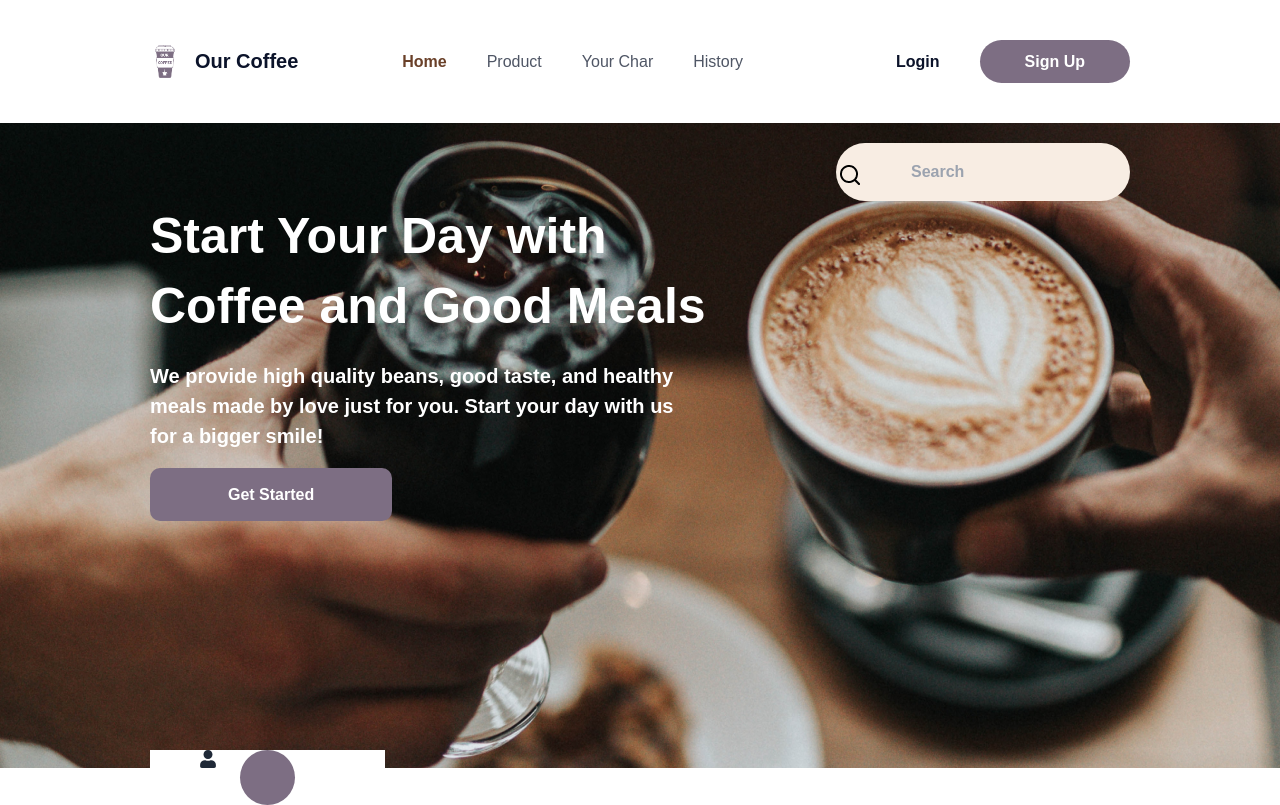
Repository: boykebn/fw12-collab2-FRONTEND
Page: / (app in our/)
These files come from the project's save history. The page is drawn as it stood at one moment and after the next save; the edit follows.
The browser window is 1280 px wide. The pictures show the whole page.
The project was rebuilt for these pictures with package versions that can differ from the ones it lists, and the page was loaded fresh each time. The framework's server and built-in components were replaced by stand-ins that run in the browser. Also part of the build but not shown: our/next.config.js.

Above is the page before, as saved 2022-12-30 21:58:21.

After the next save:
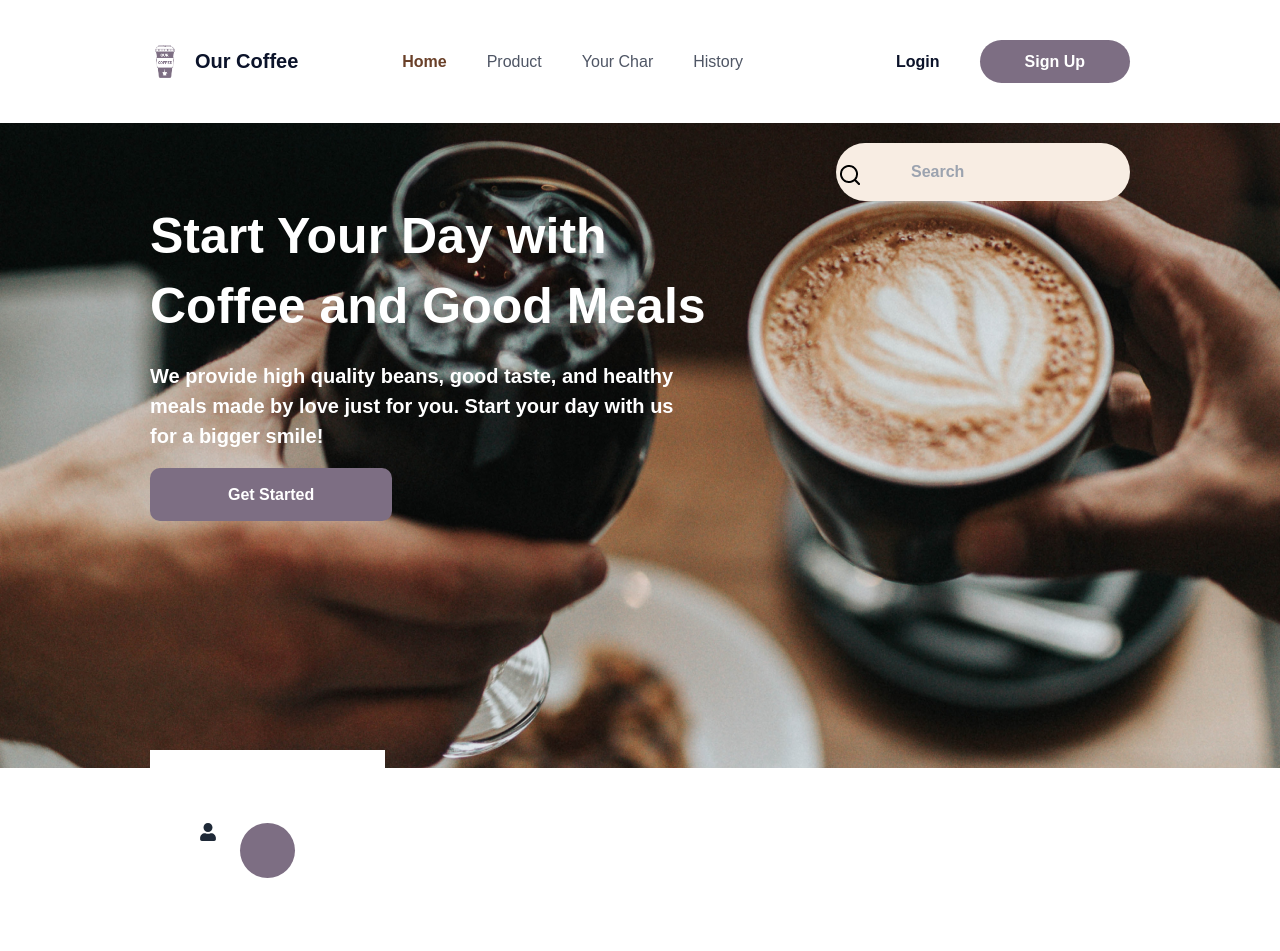
Saved 19 s later.
--- a/our/pages/index.js
+++ b/our/pages/index.js
@@ -43,7 +43,7 @@ export default function Home() {
           </div>
         </div>
       </div>
-      <div className="px-[90px] border-1 bg-white absolute left-[150px] top-[750px]">
+      <div className="px-[90px] py-[73px] border-1 bg-white absolute left-[150px] top-[750px]">
         <div className="">
           <FaUser className="w-[16px] h-[18px] absolute left-[50px] " />
           <div className="border-1 bg-[#7d6e83] w-[55px] h-[55px] rounded-[50%] \"></div>
